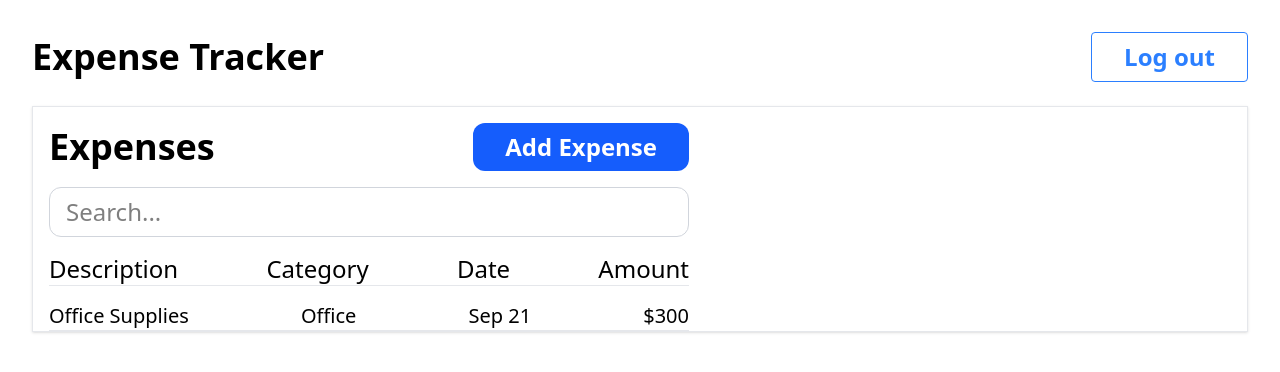
Repository: Syed-Mohsin-Ali786/frontend-expense-tracker
Page: /
These files come from the project's save history. The page is drawn as it stood at one moment and after the next save; the edit follows.
The browser window is 1280 px wide. The pictures show the whole page.
The project was rebuilt for these pictures with package versions that can differ from the ones it lists, and the page was loaded fresh each time.

Above is the page before, as saved 2025-09-28 14:35:14.

After the next save:
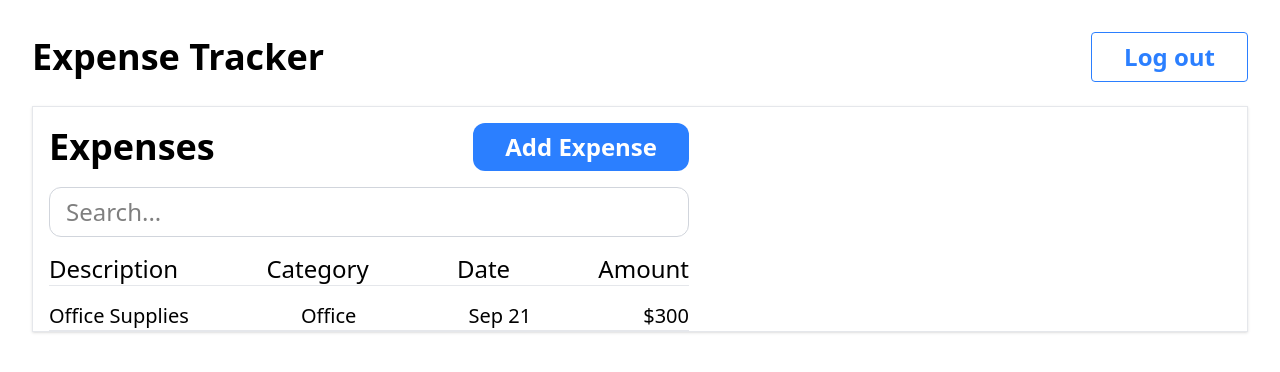
Saved 32 s later.
--- a/src/App.tsx
+++ b/src/App.tsx
@@ -17,7 +17,7 @@ function App() {
         <div className="flex flex-col w-[50vw] justify-between mt-4 ">
           <div className="flex justify-between items-center ">
             <h1 className="text-4xl  font-semibold">Expenses</h1>
-            <button className="cursor-pointer hover:bg-blue-700 bg-blue-600  py-2 px-3 md:px-6 lg:px-8 rounded-[12px] font-semibold text-[#ffff] text-2xl">
+            <button className="cursor-pointer hover:bg-blue-600 bg-blue-500  py-2 px-3 md:px-6 lg:px-8 rounded-[12px] font-semibold text-[#ffff] text-2xl">
               Add Expense
             </button>
           </div>
